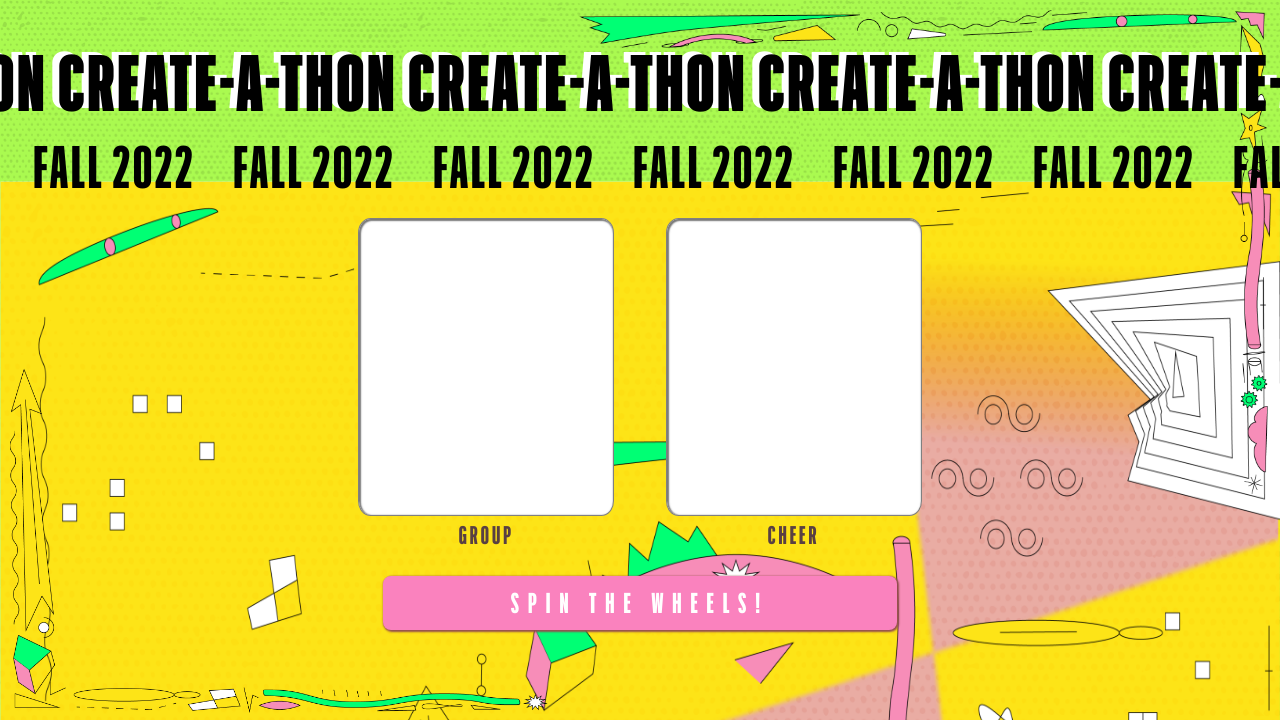
Repository: fakebrianho/IMA-Low-Res-Create-Athon-2022
Page: docs/presentation-order/index.html
These files come from the project's save history. The page is drawn as it stood at one moment and after a run of saves; the edit follows.
The browser window is 1280 px wide. The pictures show the whole page.

Above is the page before, as saved 2022-10-28 22:24:44.
Not found: docs/presentation-order/libraries/p5.dom.js
Not found: docs/presentation-order/libraries/p5.js
Not found: docs/presentation-order/libraries/p5.sound.js

After the next 3 saves:
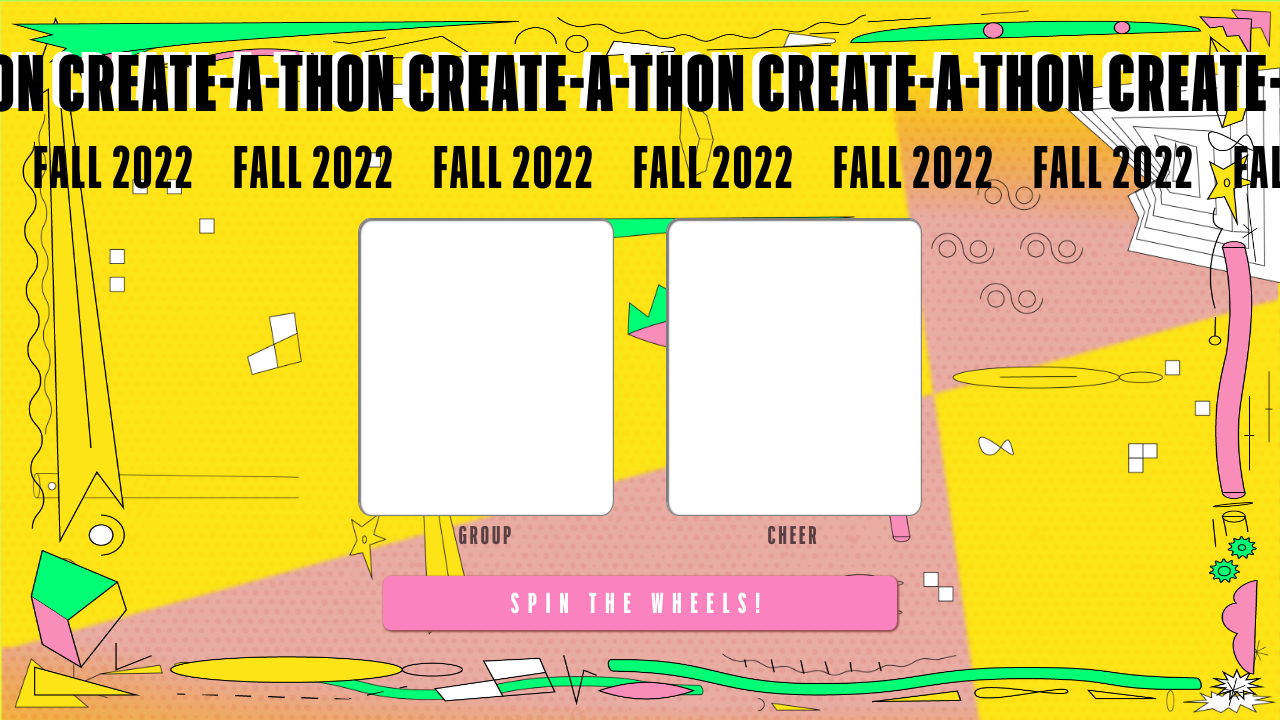
The 3 saves are shown as one change because they came seconds apart.
The last was saved 22 s later.
--- a/docs/presentation-order/style.css
+++ b/docs/presentation-order/style.css
@@ -31,10 +31,10 @@
 	background-image: url('image/bg.png');
 	background: url(image/bg_border-top.png), url(image/bg_border-bottom.png),
 		url(image/bg.png), url(image/bg_texture.png), #aafa50;
+	background-repeat: no-repeat, no-repeat, no-repeat, repeat;
+	/* background-size: auto 70vh, auto 50vh, 100vw 120vh, 800px auto; */
+	/* background-position: right top, left 50vh, left 25vh, 0 0; */
 	background-size: 100% 100%;
-	background-repeat: no-repeat, no-repeat, no-repeat, repeat;
-	background-size: auto 70vh, auto 50vh, 100vw 120vh, 800px auto;
-	background-position: right top, left 50vh, left 25vh, 0 0;
 }
 
 h1 {
